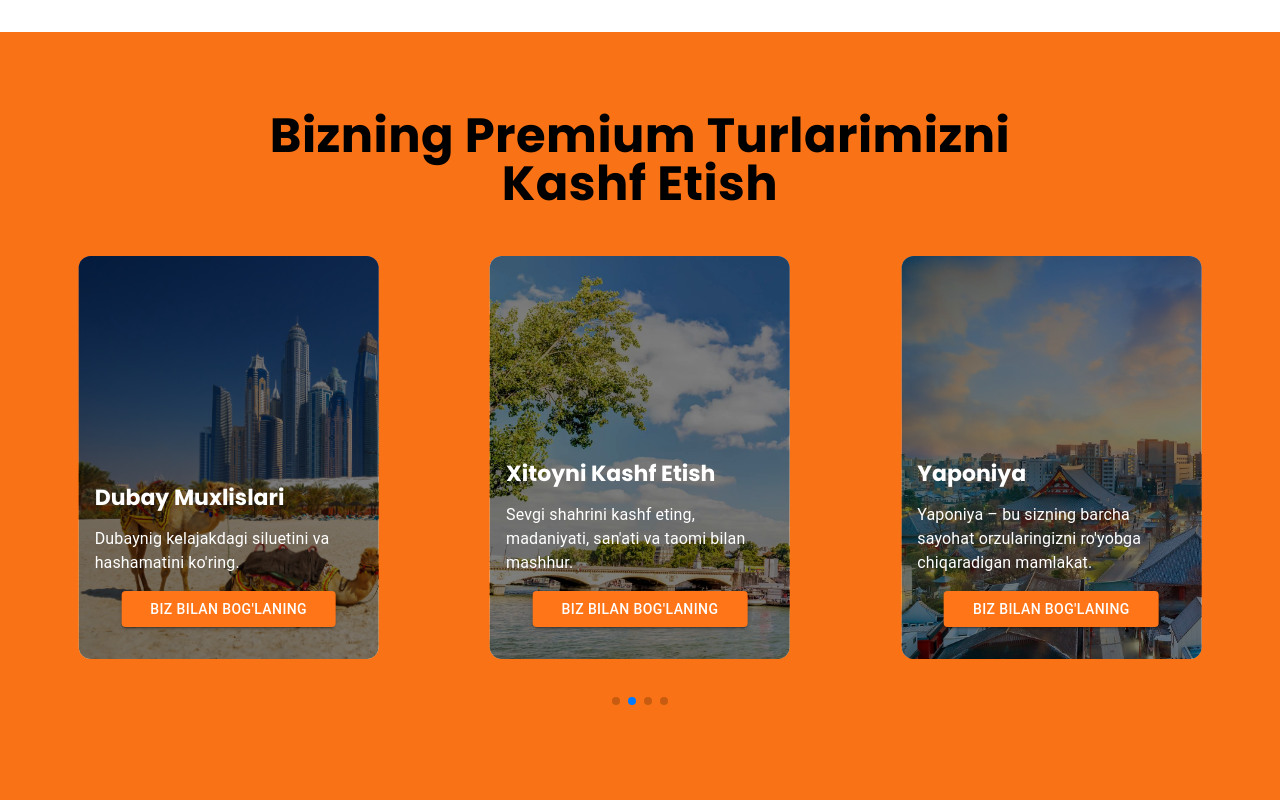
Repository: OgabekErkinov/i-am-tourist
Page: /
These files come from the project's save history. The page is drawn as it stood at one moment and after the next save; the edit follows.
The browser window is 1280 px wide. The pictures show the whole page.
The project was rebuilt for these pictures with package versions that can differ from the ones it lists, and the page was loaded fresh each time. Also part of the build but not shown: vite.config.js, src/components/navbar/LightDarkButton.jsx, src/I18/i18.js, src/components/navbar/languages/LanguageButton.jsx, src/components/navbar/NavbarItem.jsx, src/components/navbar/SocialNetworks.jsx, src/components/navbar/Logo.jsx, src/components/navbar/SectionsLinks.jsx and 7 more.

Above is the page before, as saved 2024-12-24 15:53:09.

After the next save:
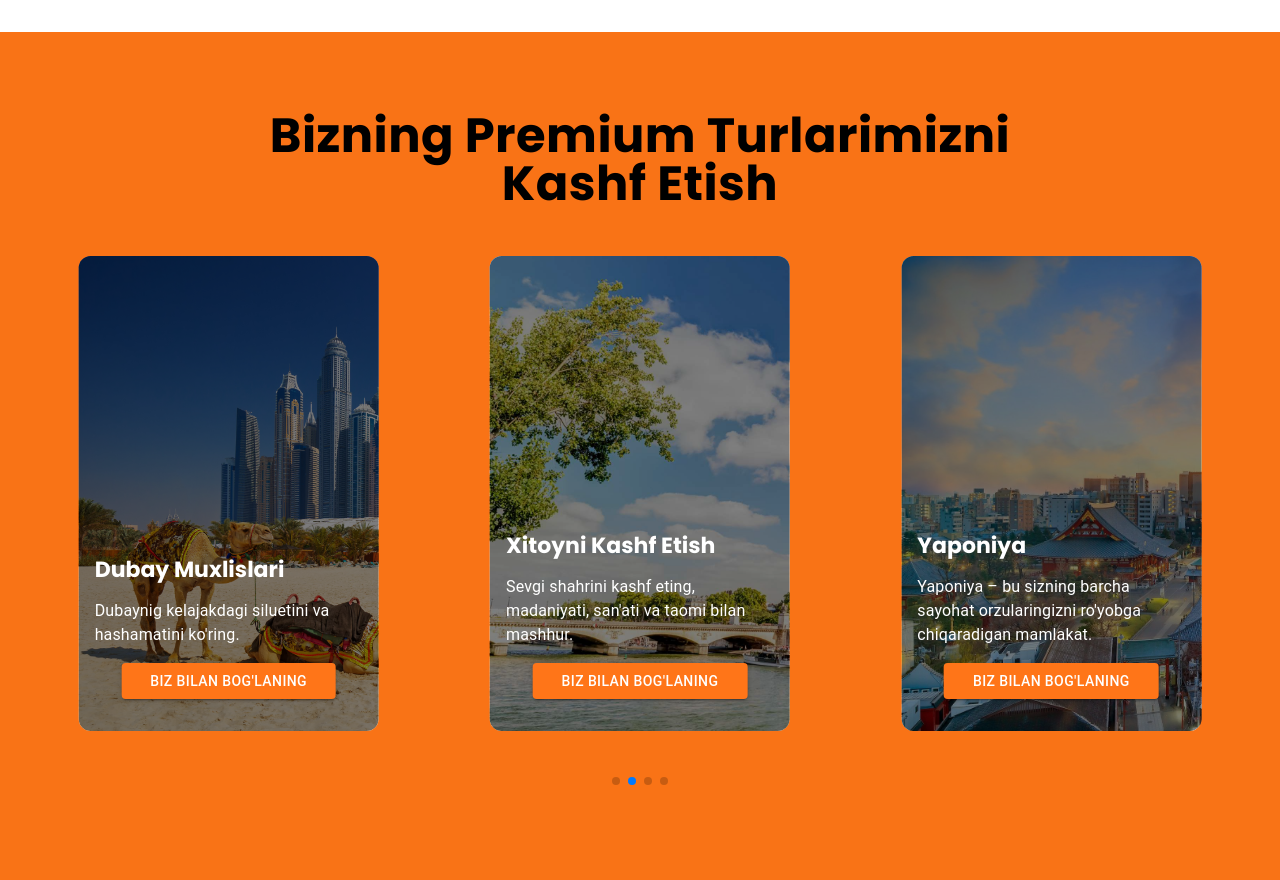
Saved 37 s later.
--- a/src/components/premium/PremiumTours.jsx
+++ b/src/components/premium/PremiumTours.jsx
@@ -46,7 +46,7 @@ const PremiumTours = () => {
                  <Box display={'flex'}
                       alignItems={'center'}
                       justifyContent={'center'}
-                      height={'30rem'}
+                      height={'35rem'}
                       width={'100%'}>
                       <Swiper
                           modules={[Navigation, Pagination, Scrollbar, Autoplay]}
